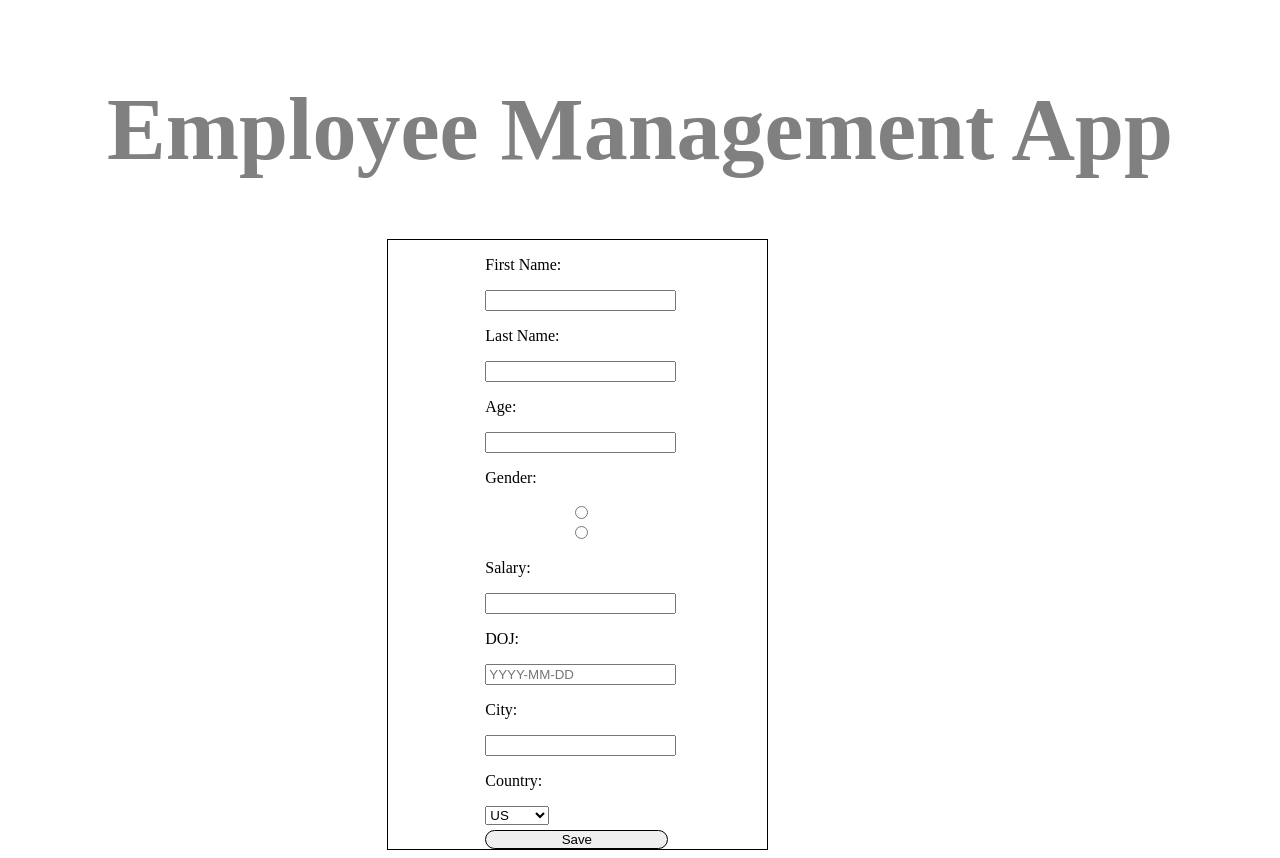
Repository: SaumyaGuptaTechnokrat/Employee_management
Page: http://localhost/Employee/index.jsp
These files come from the project's save history. The page is drawn as it stood at one moment and after the next save; the edit follows.
The browser window is 1280 px wide. The pictures show the whole page.
The page is served by Tomcat 9. Other server files are loaded and not shown.

Above is the page before, as saved 2023-02-11 10:04:57.

### Employee/src/main/webapp/index.jsp
<%@ page language="java" contentType="text/html; charset=ISO-8859-1"
    pageEncoding="ISO-8859-1"%>
<!DOCTYPE html>
<html>
<head>
<meta charset="ISO-8859-1">
<title>Insert title here</title>
<link rel="stylesheet" href="Mystyle.css">
</head>
<body>
<h1>Employee Management App</h1>
<div class="form_container">
<form action="addRecord.jsp" method="post" >

		<p>First Name:</p><input name="fName" type="text"><br>
		<p>Last Name:</p><input name="lName" type="text"><br>
		<p>Age:</p><input name="age" type="number"><br>
		<p>Gender:</p><input name="Gender" type="radio" value="M"><br>
		<input type="radio" name="Gender" value="F"><br>
		<p>Salary:</p><input name="salary" type="text"><br>
		<p>DOJ:</p><input name="Doj" placeholder="YYYY-MM-DD" type="text"><br>
		<p>City:</p><input name="City" type="text"><br>
		<p>Country:</p><select name="Country">
		<option value="US">US<option/>
		<option value="US">INDIA<option/>
		<option value="US">UK<option/>
		<option value="US">JAPAN<option/>
		</select>
		<br>
		  <input type="submit" id="Submit" value="Save">
</form>
	</div>

</body>
</html>

### Employee/src/main/webapp/Mystyle.css
h1{
	text-align:center;padding-top:20px;color:gray;font-size:550%;
}
.form_container{
	margin:0% 30%;
	width:30%;
	border:1px black solid;
	display:grid;
	justify-content:center
}
input{
	width:99%;
}
#Submit{
	margin-top:5px;
	border:1px black solid;
	border-radius:10px;
}

After the next save:
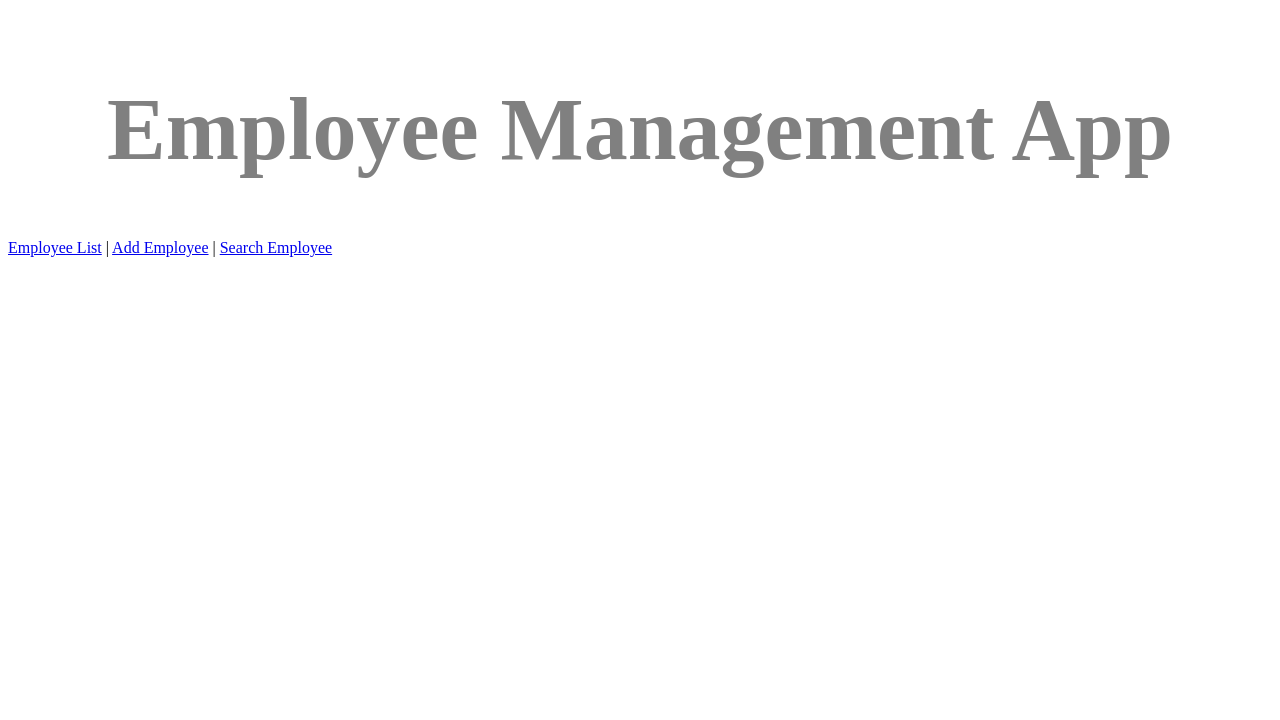
Saved 29 s later.
--- a/Employee/src/main/webapp/index.jsp
+++ b/Employee/src/main/webapp/index.jsp
@@ -8,28 +8,10 @@
 <link rel="stylesheet" href="Mystyle.css">
 </head>
 <body>
+
 <h1>Employee Management App</h1>
-<div class="form_container">
-<form action="addRecord.jsp" method="post" >
-
-		<p>First Name:</p><input name="fName" type="text"><br>
-		<p>Last Name:</p><input name="lName" type="text"><br>
-		<p>Age:</p><input name="age" type="number"><br>
-		<p>Gender:</p><input name="Gender" type="radio" value="M"><br>
-		<input type="radio" name="Gender" value="F"><br>
-		<p>Salary:</p><input name="salary" type="text"><br>
-		<p>DOJ:</p><input name="Doj" placeholder="YYYY-MM-DD" type="text"><br>
-		<p>City:</p><input name="City" type="text"><br>
-		<p>Country:</p><select name="Country">
-		<option value="US">US<option/>
-		<option value="US">INDIA<option/>
-		<option value="US">UK<option/>
-		<option value="US">JAPAN<option/>
-		</select>
-		<br>
-		  <input type="submit" id="Submit" value="Save">
-</form>
-	</div>
-
+<a href="EmployeeList.jsp">Employee List</a> |
+<a href="add.jsp">Add Employee</a> |
+<a href="searchEmployee.jsp">Search Employee</a>
 </body>
 </html>
